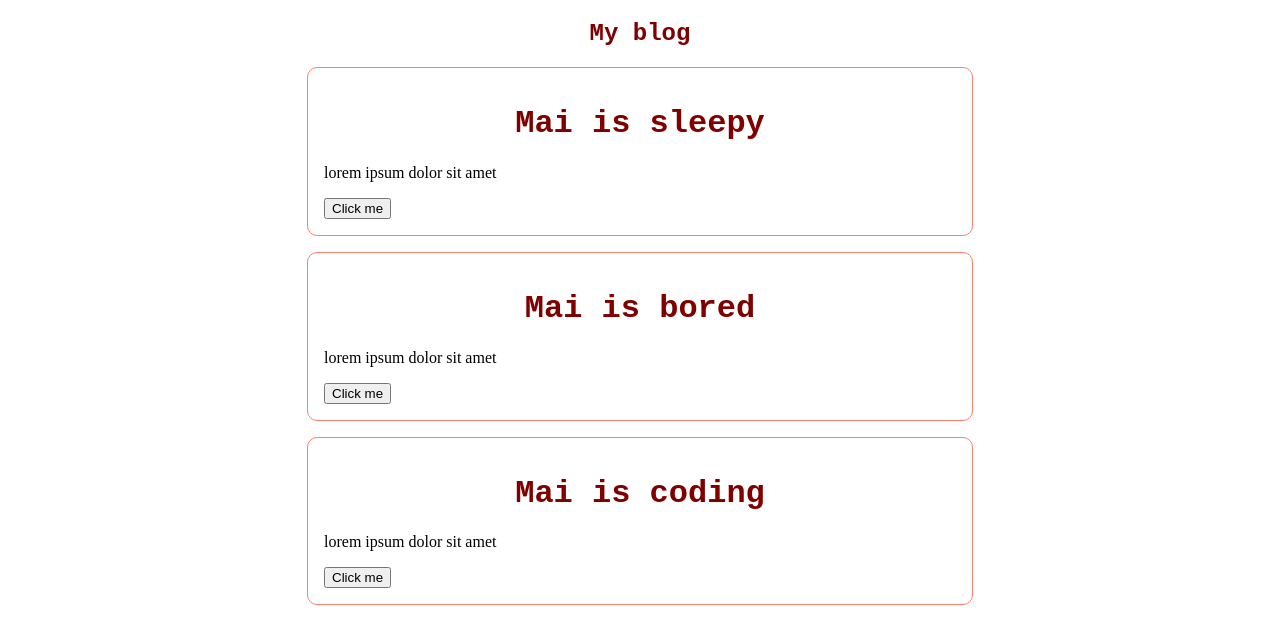
Repository: MaiCrespo/BlogEntry
Page: /
An editor plug-in stored every save of this project. The page is shown before and after the next save, followed by the edit.
The browser window is 1280 px wide. The pictures show the whole page.
The project was rebuilt for these pictures with package versions that can differ from the ones it lists, and the page was loaded fresh each time. Also part of the build but not shown: vite.config.js.

Above is the page before, as saved 2025-09-10 14:09:05.

### index.html
<!DOCTYPE html>
<html lang="en">
  <head>
    <meta charset="UTF-8" />
    <link rel="icon" type="image/png+xml" href="/FaviconWilbur.png" />
    <meta name="viewport" content="width=device-width, initial-scale=1.0" />
    <title>Mai yahoo</title>
  </head>
  <body>
    <div id="root"></div>
    <script type="module" src="/src/main.jsx"></script>
  </body>
</html>

### src/index.css
h2 {
  color: maroon;
  text-align: center;
  font-family: "Courier New", Courier, monospace;
}
h1 {
  color: maroon;
  text-align: center;
  font-family: "Courier New", Courier, monospace;
}
.entry {
  margin: 1em auto;
  width: 50%;
  border: 1px solid salmon;
  border-radius: 10px;
  padding: 1em;
}

### src/App.jsx
import BlogEntry from "./BlogEntry.jsx";
function App() {
  return (
    <div>
      <h2>My blog</h2>
      <BlogEntry title="Mai is sleepy" summary="lorem ipsum dolor sit amet" />
      <BlogEntry title="Mai is bored" summary="lorem ipsum dolor sit amet" />
      <BlogEntry title="Mai is coding" summary="lorem ipsum dolor sit amet" />
    </div>
  );
}

export default App;

### src/BlogEntry.jsx
function BlogEntry(props) {
  const buttonLabel = "Click me";
  return (
    <div className="entry">
      <h1>{props.title}</h1>
      <p>{props.summary}</p>
      <button>{buttonLabel}</button>
    </div>
  );
}
export default BlogEntry;

Loaded but not shown: src/main.jsx (common file)

After the next save:
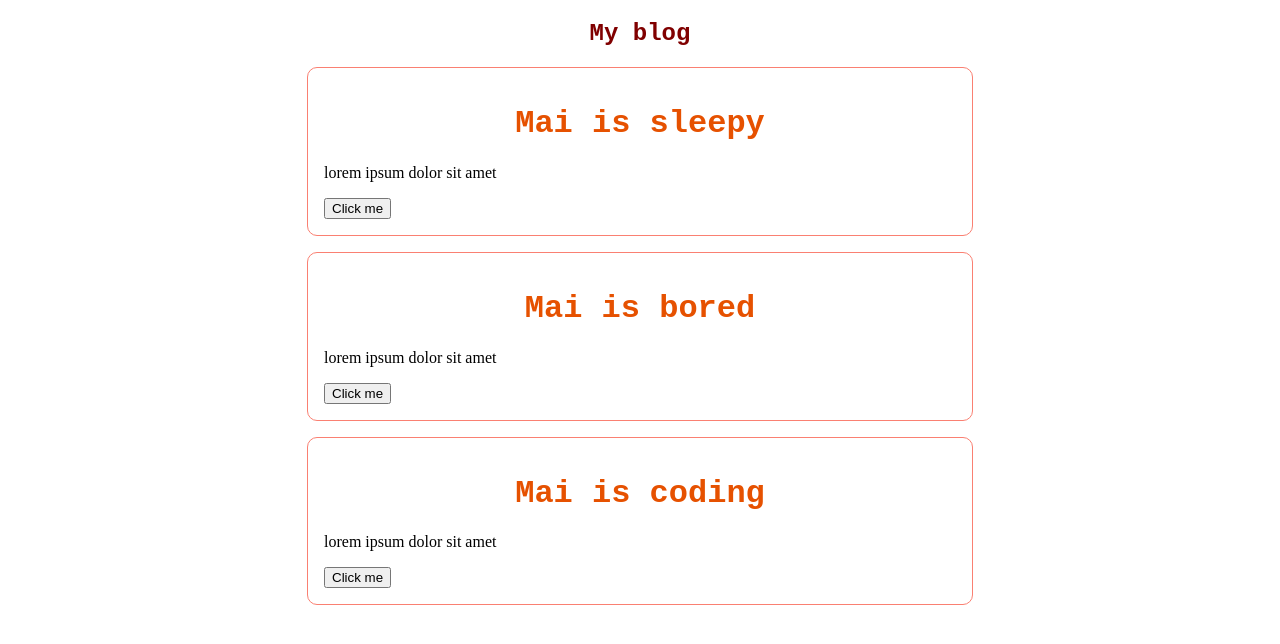
Saved 18 s later.
--- a/src/index.css
+++ b/src/index.css
@@ -4,7 +4,7 @@ h2 {
   font-family: "Courier New", Courier, monospace;
 }
 h1 {
-  color: maroon;
+  color: rgb(230, 81, 0);
   text-align: center;
   font-family: "Courier New", Courier, monospace;
 }
